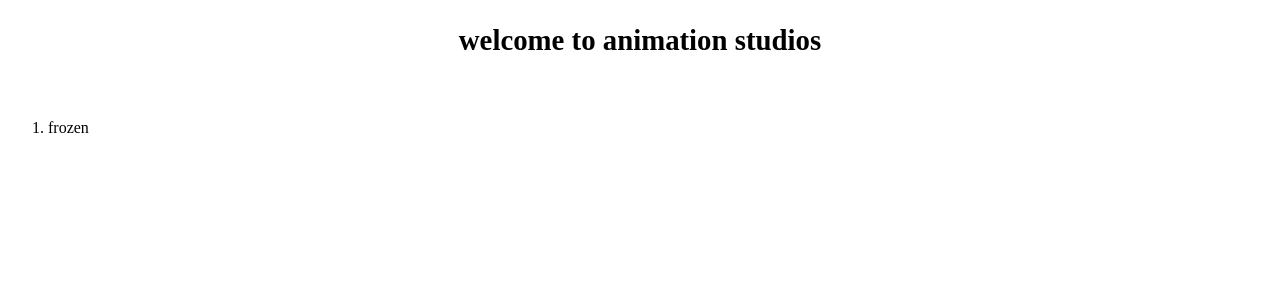
Repository: Rock-ass/New-folder--2-
Page: index.html
An editor plug-in stored every save of this project. The page is shown before and after a run of saves, followed by the edit.
The browser window is 1280 px wide. The pictures show the whole page.

Above is the page before, as saved 2021-12-24 21:13:38.

After the next 4 saves:
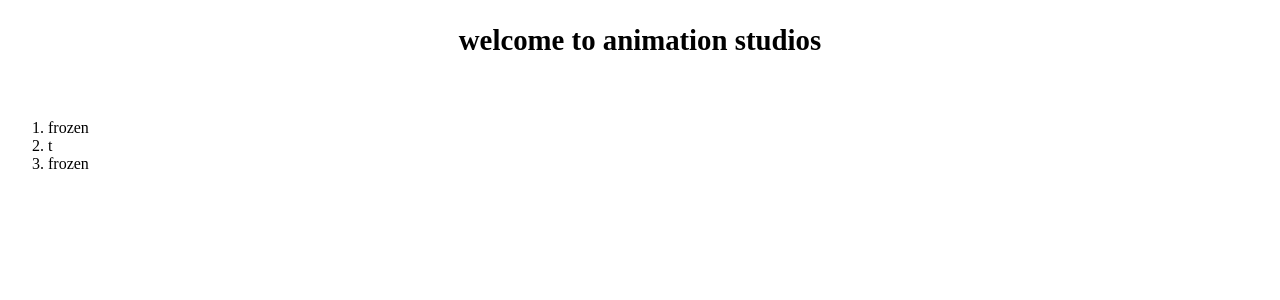
The 4 saves are shown as one change because they came seconds apart.
The last was saved 14 s later.
--- a/index.html
+++ b/index.html
@@ -13,6 +13,12 @@
 <big><h1 style="text-align: center;">welcome to animation studios</h1></big>
 <br>
 <ol>
+<li>
+    frozen
+</li>
+<li>
+    t
+</li>
 <li>
     frozen
 </li>
